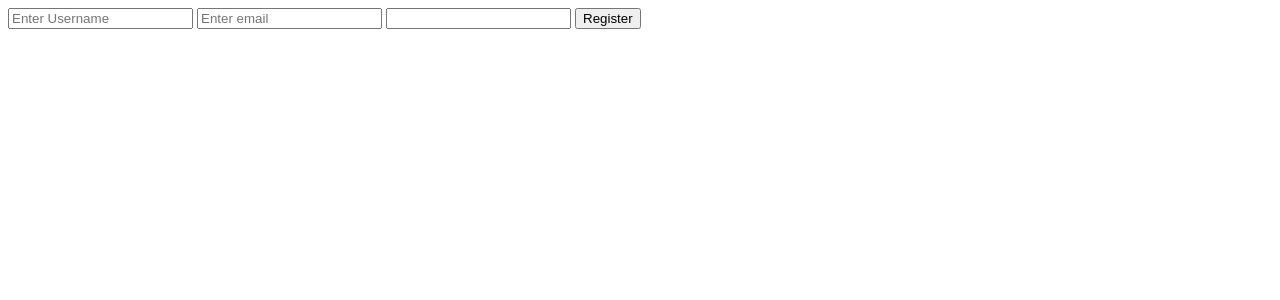
Repository: Mohitkumar1322/backend_dev
Page: http://localhost/register
An editor plug-in stored every save of this project. The page is shown before and after the next save, followed by the edit.
The browser window is 1280 px wide. The pictures show the whole page.
The page is served by the project's Node server (app.js). Other server files are loaded and not shown.

Above is the page before, as saved 2024-10-30 21:55:56.

### views/register.ejs
<!DOCTYPE html>
<html lang="en">
<head>
    <meta charset="UTF-8">
    <meta name="viewport" content="width=device-width, initial-scale=1.0">
    <title>Document</title>
</head>
<body>
    <form action="">
        <input type="text" name ="username" placeholder="Enter Username">
        <input type="email" name="email" placeholder="Enter email">
        <input type="password" name="password">
        <input type="submit" value="Register">
    </form>
</body>
</html>

### app.js
const express = require('express');
const morgan = require('morgan');
const app = express();
const dbConnection = require('./config/db');
const userModel = require('./models/user');
//this is the view engine that we are using  for the app

app.use(morgan('dev'))
//this is the view engine that we are using  for the app this morgan is used to log the request that we are making to the server
app.set('view engine', 'ejs');

app.use(express.urlencoded({extended: true}))
//this is the middleware that we are using for the app to parse the data that we are sending to the server
app.use(express.static('public'))
//this is the middleware that we are using for the app to use the static files that we are using for the app
app.use(express.json())


//this is middlware that we are using for the app
app.use((req, res, next) => {
    console.log('Middleware is running')
    //this is the next function that we are using for the app which is used to move to the next middleware
    return next();

})


// routing for the app express is a function that returns an object
app.get('/', (req, res) => {
    res.render('index');
})

app.get('/register',(req, res) => {
    res.render('register')
})

app.post('/form-data', (req, res) => {
    console.log(req.body)
    res.send('data recieves')
})

app.listen(3000, () => {
    console.log('Server is running on port 3000');
})

After the next save:
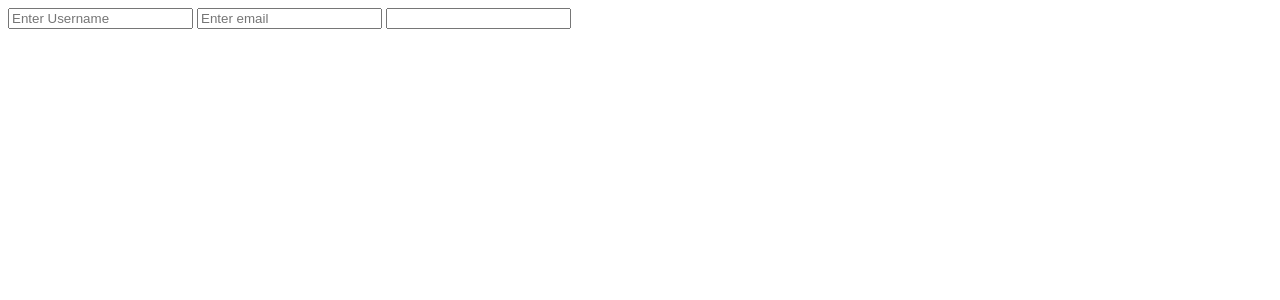
Saved 8 s later.
--- a/views/register.ejs
+++ b/views/register.ejs
@@ -10,7 +10,7 @@
         <input type="text" name ="username" placeholder="Enter Username">
         <input type="email" name="email" placeholder="Enter email">
         <input type="password" name="password">
-        <input type="submit" value="Register">
+
     </form>
 </body>
 </html>
